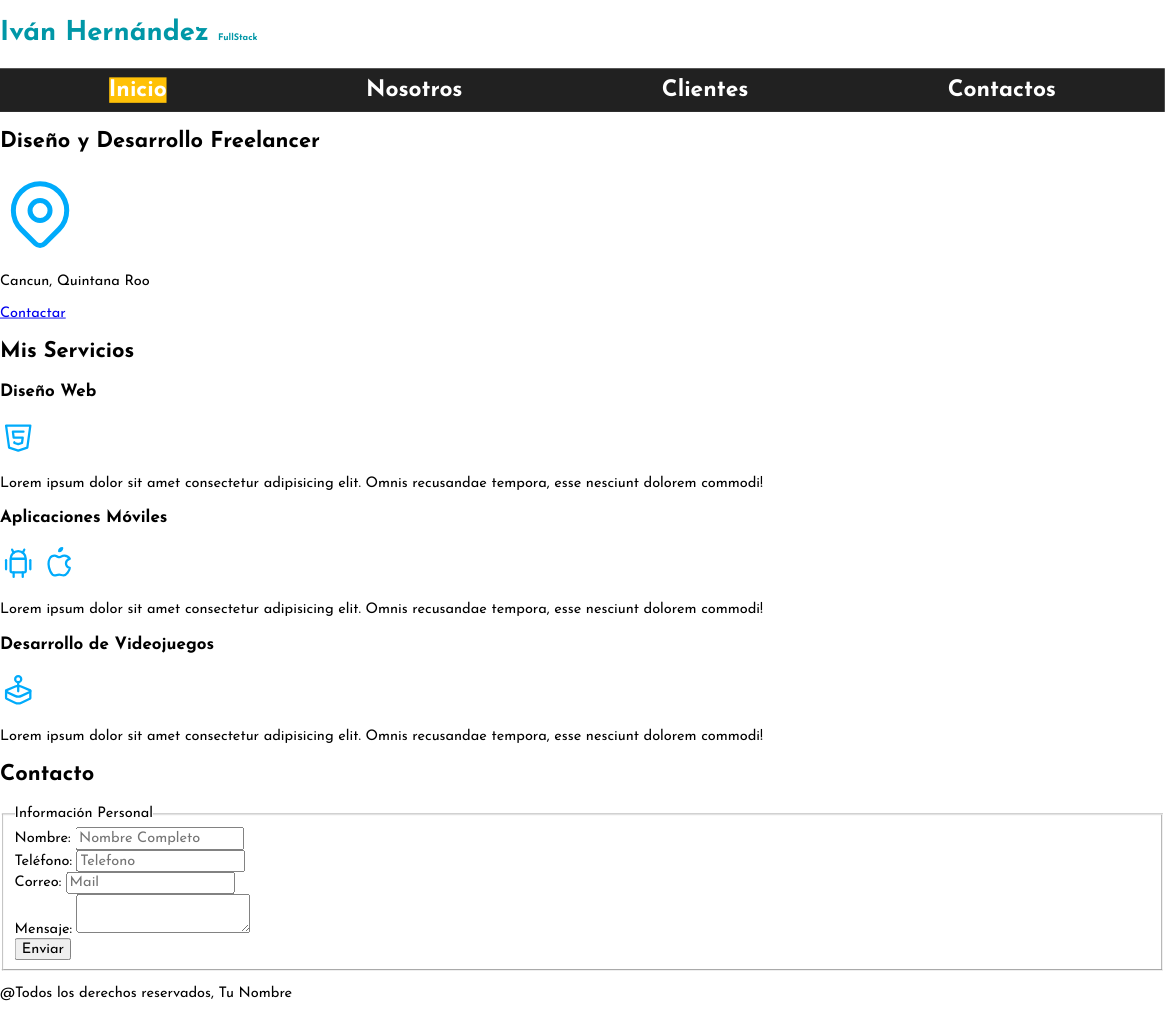
Repository: IvanHernandezMuro/freelance_base
Page: index.html
An editor plug-in stored every save of this project. The page is shown before and after the next save, followed by the edit.
The browser window is 1280 px wide. The pictures show the whole page, at 91% of full size.
The pointer rests on the first visible `.navegacion-principal a`.

Above is the page before, as saved 2023-05-09 00:38:45.

### index.html
<!DOCTYPE html>
<html lang="en">
	<head>
		<meta charset="UTF-8" />
		<meta http-equiv="X-UA-Compatible" content="IE=edge" />
		<meta name="viewport" content="width=device-width, initial-scale=1.0" />
		<title>Freelancer</title>
		<link rel="stylesheet" href="./css/normalize.css" />
		<!--librerías-->
		<link rel="preconnect" href="https://fonts.googleapis.com" />
		<link rel="preconnect" href="https://fonts.gstatic.com" crossorigin />
		<link
			href="https://fonts.googleapis.com/css2?family=Josefin+Sans:wght@400;700&display=swap"
			rel="stylesheet" />
		<!--Estilos-->
		<link rel="preload" href="./css/styles.css" />
		<link rel="stylesheet" href="./css/styles.css" />
	</head>

	<body>
		<header class="header">
			<h1 class="titulo">Iván Hernández <span>FullStack</span></h1>
		</header>

		<div class="nav-bg">
			<nav class="navegacion-principal contenedor">
				<a href="/">Inicio</a>
				<a href="nosotros.html">Nosotros</a>
				<a href="#">Clientes</a>
				<a href="contacto.html">Contactos</a>
			</nav>
		</div>

		<!-- <img src="img/hero.jpg" alt="Imagen de fondo" width="25%"> -->

		<section class="hero">
			<div class="contenido-hero">
				<h2>Diseño y Desarrollo <span>Freelancer</span></h2>
				<div class="ubicacion">
					<svg
						xmlns="http://www.w3.org/2000/svg"
						class="icon icon-tabler icon-tabler-map-pin"
						width="88"
						height="88"
						viewBox="0 0 24 24"
						stroke-width="1.5"
						stroke="#00abfb"
						fill="none"
						stroke-linecap="round"
						stroke-linejoin="round">
						<path stroke="none" d="M0 0h24v24H0z" fill="none" />
						<circle cx="12" cy="11" r="3" />
						<path
							d="M17.657 16.657l-4.243 4.243a2 2 0 0 1 -2.827 0l-4.244 -4.243a8 8 0 1 1 11.314 0z" />
					</svg>
					<p>Cancun, Quintana Roo</p>
				</div>
				<a href="#" class="boton">Contactar</a>
			</div>
		</section>

		<!--Contenido principal-->
		<main class="contenedor sombra">
			<h2>Mis Servicios</h2>

			<div class="servicios">
				<!-- Proyecto 1 -->
				<section class="servicio">
					<h3>Diseño Web</h3>

					<div class="iconos">
						<svg
							xmlns="http://www.w3.org/2000/svg"
							class="icon icon-tabler icon-tabler-brand-html5"
							width="40"
							height="40"
							viewBox="0 0 24 24"
							stroke-width="1.5"
							stroke="#00abfb"
							fill="none"
							stroke-linecap="round"
							stroke-linejoin="round">
							<path stroke="none" d="M0 0h24v24H0z" fill="none" />
							<path d="M20 4l-2 14.5l-6 2l-6 -2l-2 -14.5z" />
							<path d="M15.5 8h-7l.5 4h6l-.5 3.5l-2.5 .75l-2.5 -.75l-.1 -.5" />
						</svg>
					</div>
					<p>
						Lorem ipsum dolor sit amet consectetur adipisicing elit. Omnis
						recusandae tempora, esse nesciunt dolorem commodi!
					</p>
				</section>

				<!-- Proyecto 2 -->
				<section class="servicio">
					<h3>Aplicaciones Móviles</h3>

					<div class="iconos">
						<svg
							xmlns="http://www.w3.org/2000/svg"
							class="icon icon-tabler icon-tabler-brand-android"
							width="40"
							height="40"
							viewBox="0 0 24 24"
							stroke-width="1.5"
							stroke="#00abfb"
							fill="none"
							stroke-linecap="round"
							stroke-linejoin="round">
							<path stroke="none" d="M0 0h24v24H0z" fill="none" />
							<line x1="4" y1="10" x2="4" y2="16" />
							<line x1="20" y1="10" x2="20" y2="16" />
							<path
								d="M7 9h10v8a1 1 0 0 1 -1 1h-8a1 1 0 0 1 -1 -1v-8a5 5 0 0 1 10 0" />
							<line x1="8" y1="3" x2="9" y2="5" />
							<line x1="16" y1="3" x2="15" y2="5" />
							<line x1="9" y1="18" x2="9" y2="21" />
							<line x1="15" y1="18" x2="15" y2="21" />
						</svg>
						<svg
							xmlns="http://www.w3.org/2000/svg"
							class="icon icon-tabler icon-tabler-brand-apple"
							width="40"
							height="40"
							viewBox="0 0 24 24"
							stroke-width="1.5"
							stroke="#00abfb"
							fill="none"
							stroke-linecap="round"
							stroke-linejoin="round">
							<path stroke="none" d="M0 0h24v24H0z" fill="none" />
							<path
								d="M9 7c-3 0 -4 3 -4 5.5c0 3 2 7.5 4 7.5c1.088 -.046 1.679 -.5 3 -.5c1.312 0 1.5 .5 3 .5s4 -3 4 -5c-.028 -.01 -2.472 -.403 -2.5 -3c-.019 -2.17 2.416 -2.954 2.5 -3c-1.023 -1.492 -2.951 -1.963 -3.5 -2c-1.433 -.111 -2.83 1 -3.5 1c-.68 0 -1.9 -1 -3 -1z" />
							<path d="M12 4a2 2 0 0 0 2 -2a2 2 0 0 0 -2 2" />
						</svg>
					</div>
					<p>
						Lorem ipsum dolor sit amet consectetur adipisicing elit. Omnis
						recusandae tempora, esse nesciunt dolorem commodi!
					</p>
				</section>

				<!-- Proyecto 3 -->
				<section class="servicio">
					<h3>Desarrollo de Videojuegos</h3>

					<div class="iconos">
						<svg
							xmlns="http://www.w3.org/2000/svg"
							class="icon icon-tabler icon-tabler-brand-apple-arcade"
							width="40"
							height="40"
							viewBox="0 0 24 24"
							stroke-width="1.5"
							stroke="#00abfb"
							fill="none"
							stroke-linecap="round"
							stroke-linejoin="round">
							<path stroke="none" d="M0 0h24v24H0z" fill="none" />
							<circle cx="12" cy="5" r="2" />
							<path
								d="M20 12.5v4.75a0.734 .734 0 0 1 -.055 .325a0.704 .704 0 0 1 -.348 .366l-5.462 2.58a4.998 4.998 0 0 1 -4.27 0l-5.462 -2.58a0.705 .705 0 0 1 -.401 -.691l-.002 -4.75" />
							<path
								d="M4.431 12.216l5.634 -2.332a5.065 5.065 0 0 1 3.87 0l5.634 2.332a0.692 .692 0 0 1 .028 1.269l-5.462 2.543a5.064 5.064 0 0 1 -4.27 0l-5.462 -2.543a0.691 .691 0 0 1 .028 -1.27z" />
							<line x1="12" y1="7" x2="12" y2="13" />
						</svg>
					</div>
					<p>
						Lorem ipsum dolor sit amet consectetur adipisicing elit. Omnis
						recusandae tempora, esse nesciunt dolorem commodi!
					</p>
				</section>
			</div>

			<!-- Contacto -->
			<section>
				<h2>Contacto</h2>
				<form class="formulario" action="">
					<!-- Informacion Personal -->
					<fieldset>
						<legend>Información Personal</legend>

						<div class="contenedor-campos">
							<div class="campo">
								<label for="name">Nombre: </label>
								<input
									class="input-text"
									type="text"
									id="name"
									placeholder="Nombre Completo"
									required />
							</div>

							<div class="campo">
								<label for="telefono">Teléfono: </label>
								<input
									class="input-text"
									type="tel"
									id="telefono"
									placeholder="Telefono"
									required />
							</div>

							<div class="campo">
								<label for="email">Correo: </label>
								<input
									class="input-text"
									type="email"
									id="email"
									placeholder="Mail"
									required />
							</div>

							<div class="campo">
								<label for="text">Mensaje: </label>
								<textarea class="input-text" id="text"></textarea>
							</div>
						</div>

						<div class="alinear-derecha flex">
							<button class="boton w-100" type="submit">Enviar</button>
						</div>
					</fieldset>
					<!-- <input type="submit" value="Enviar" class="boton boton-verde"> -->
				</form>
			</section>
		</main>
		<footer>
			<p>@Todos los derechos reservados, Tu Nombre</p>
		</footer>
	</body>
</html>

### css/styles.css
/** Estos son Pseudoselectores **/

:root {
	/*Custom properties*/
	--white: #fff;
	--black: #212121;
	--primary: #ffc107;
	--secondary: #0097a7;
	--gris: #757575;
	--fuentes-principal: 3.8rem;
}

html {
	font-size: 62.5%;
	font-family: "Segoe UI", Tahoma, Geneva, Verdana, sans-serif;
}

body {
	font-size: 16px;
	font-family: "Josefin Sans", sans-serif;
}

.titulo {
	font-size: 3rem;
	color: var(--secondary);
}
.titulo span {
	font-size: 1rem;
}

.navegacion-principal {
	padding: 1rem;
	display: flex;
	justify-content: space-around;
}
.navegacion-principal a {
	text-decoration: none;
	font-size: 2.5rem;
	font-weight: 700;
	color: var(--white);
}
.navegacion-principal a:hover {
	background-color: var(--primary);
}

.contenedor {
}
.nav-bg {
	background-color: var(--black);
}

Loaded but not shown: css/normalize.css (library)

After the next save:
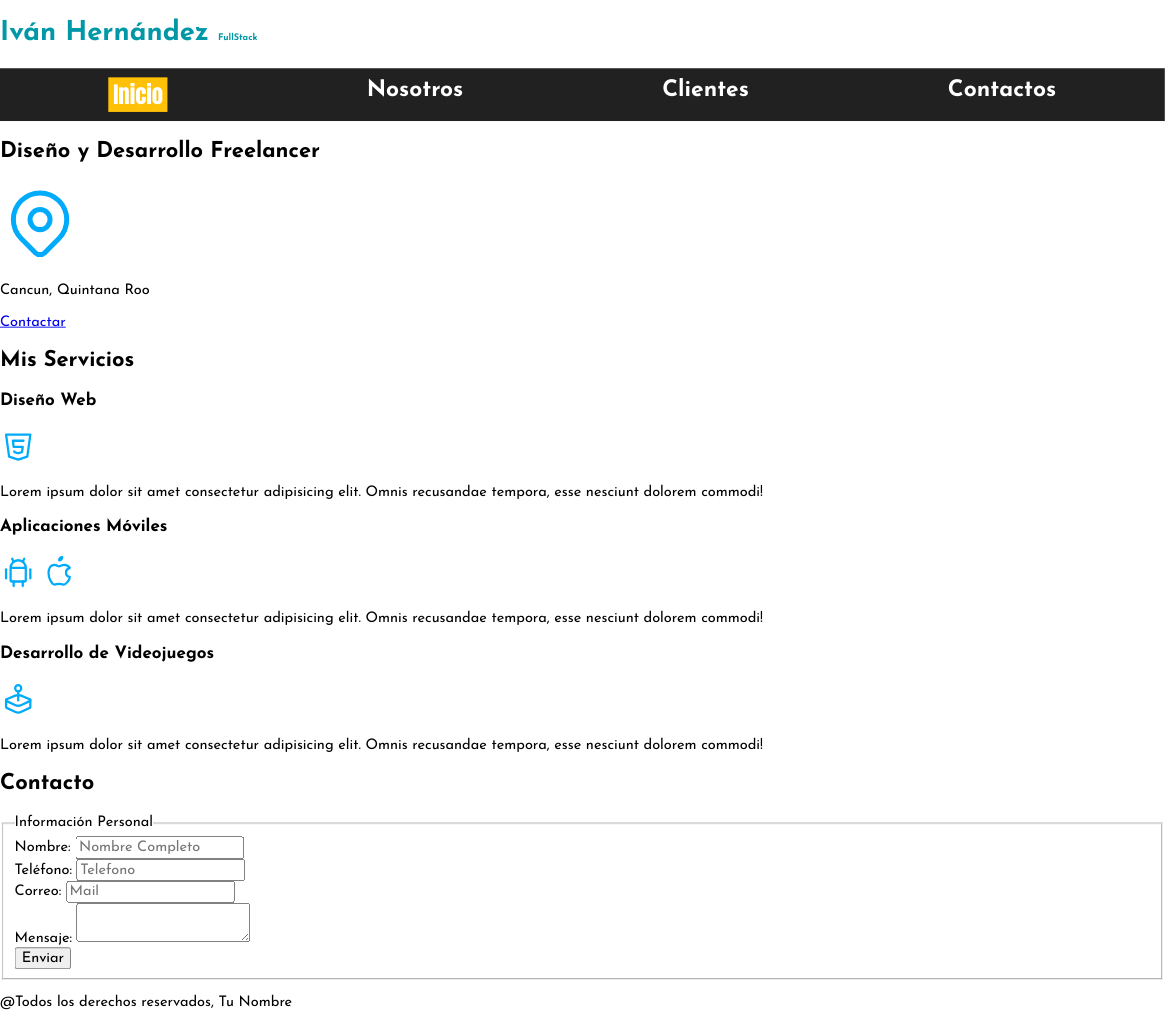
Saved 2 min 0 s later.
--- a/css/styles.css
+++ b/css/styles.css
@@ -41,6 +41,8 @@ body {
 }
 .navegacion-principal a:hover {
 	background-color: var(--primary);
+	padding: 0.5rem;
+	font-family: Impact, Haettenschweiler, "Arial Narrow Bold", sans-serif;
 }
 
 .contenedor {
